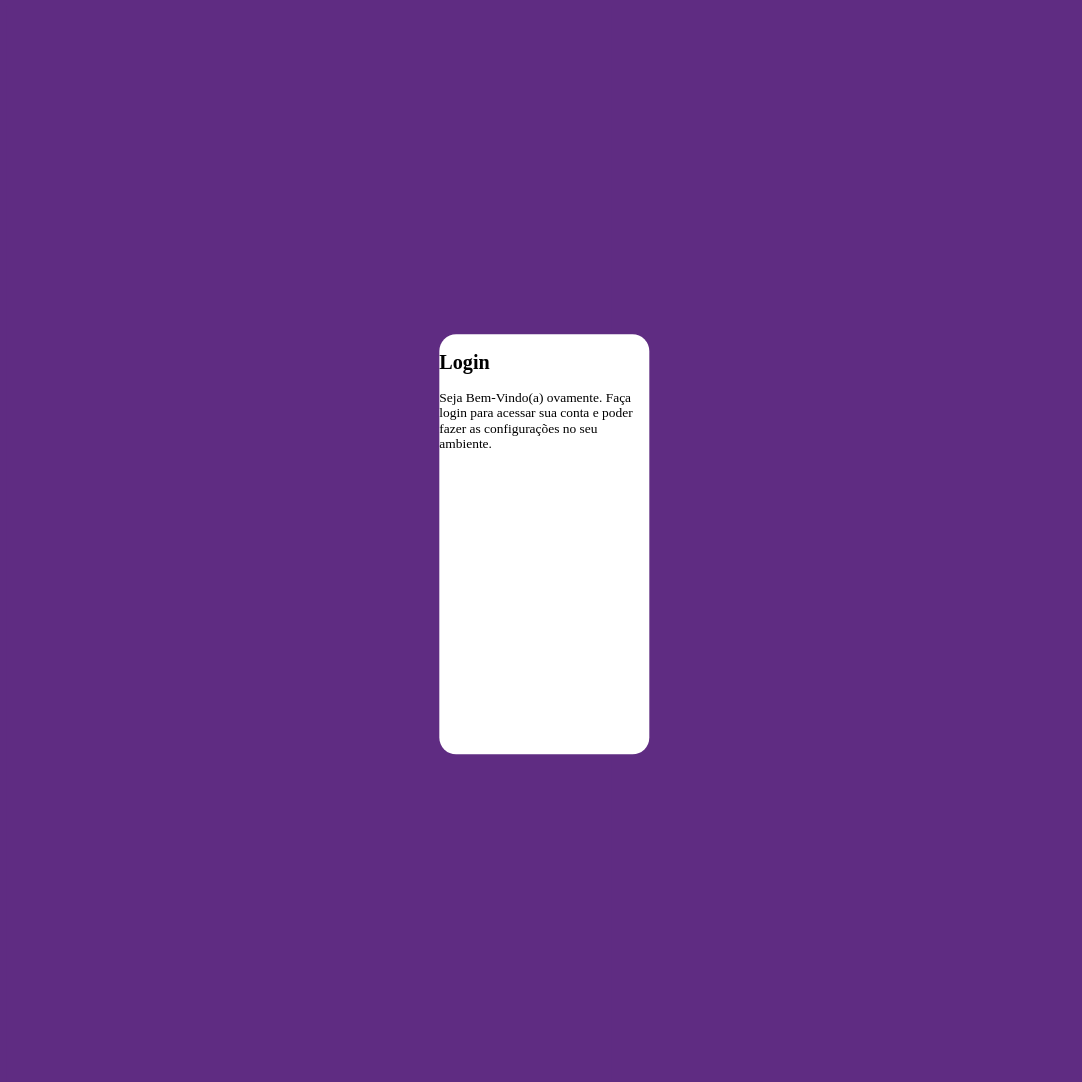
Repository: Guillermomarcon/Projeto-Login
Page: index.html
An editor plug-in stored every save of this project. The page is shown before and after a run of saves, followed by the edit.
The browser window is 1280 px wide. The page is 1288 px wide, so the pictures cover 1288 px, including what lies to the right of the window. The pictures show the whole page, at 84% of full size.

Above is the page before, as saved 2022-09-03 14:14:12.

After the next 2 saves:
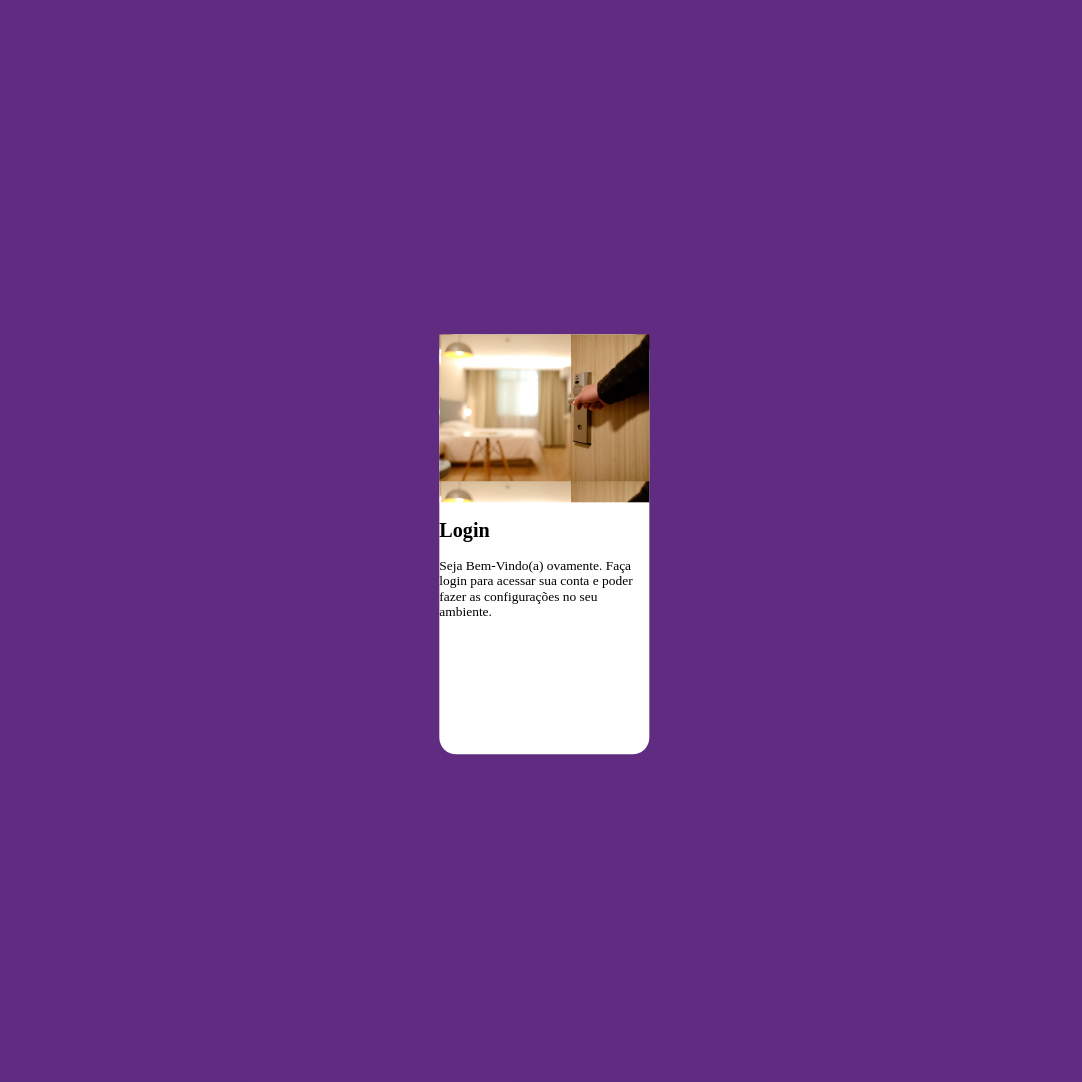
The 2 saves are shown as one change because they came seconds apart.
The last was saved 7 s later.
--- a/estilos/style.css
+++ b/estilos/style.css
@@ -39,6 +39,6 @@ section#login {
 
 section#login > div#imagem {
     background: #5f2c82 url(../imagens/pexels-pixabay-271639.jpg);
-    ba
+    background-size: contain;
     height: 200px;
 }
